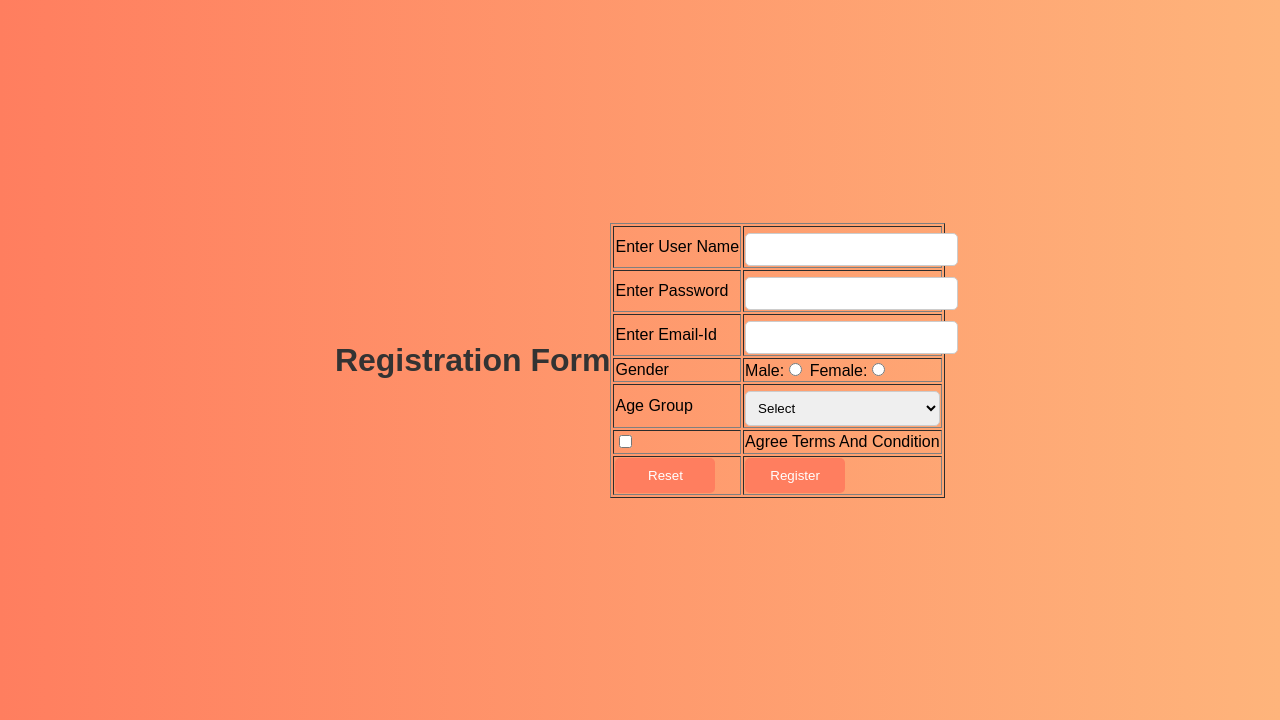
Repository: Prasad-R-Patil/WebBaseJava
Page: MyApp/src/main/webapp/index.html
An editor plug-in stored every save of this project. The page is shown before and after the next save, followed by the edit.
The browser window is 1280 px wide. The pictures show the whole page.

Above is the page before, as saved 2025-05-14 10:24:49.

### MyApp/src/main/webapp/index.html
<!DOCTYPE html>
<html>
<head>
<meta charset="ISO-8859-1">
<link rel="stylesheet" href="/MyApp/src/main/webapp/Resource/style.css">
<script src="./Resource/App.js" type="text/javascript"></script>
<title>Insert title here</title>
</head>
<body>


<h1>Registration Form</h1>



<form action="welcome.html" method="get" onsubmit="return Validation();" name="regForm">

<table border="1">

<tr>
<td>Enter User Name</td>

<td><input type="text" name="textUsername"></td>
</tr>

<tr>
<td>Enter Password</td>

<td><input type="password" name="textPassword"></td>
</tr>

<tr>
<td>Enter Email-Id</td>

<td><input type="text" name="textEmail"></td>
</tr>

<tr>
<td>Gender</td>

<td>
Male:<input type="radio" name="gender" value="male">
Female:<input type="radio" name="gender" value="female">
</td>
</tr>

<tr>
<td>Age Group</td>

<td>
<select name="age">
<option value="select" selected="selected" >Select</option>
<option value="1-20" >1-20</option>
<option value="21-25" >21-25</option>
<option value="26-30" >26-30</option>
<option value="31-35" >31-35</option>
<option value="36-40" >36-40</option>
<option value="41-45" >41-45</option>
<option value="46-50" >46-50</option>
</select>
</td>
</tr>

<tr>
<td> <input type="checkbox" name="term"> </td>

<td>Agree Terms And Condition</td>
</tr>

<tr>
<td> <input type="reset" value="Reset" > </td>

<td> <input type="submit" value="Register" ></td>
</tr>

</table>


</form>

</body>
</html>

### MyApp/src/main/webapp/Resource/style.css
@charset "ISO-8859-1";

body {
    font-family: Arial, sans-serif;
    background: linear-gradient(to right, #ff7e5f, #feb47b);
    display: flex;
    justify-content: center;
    align-items: center;
    height: 100vh;
    margin: 0;
}

.container {
    background: white;
    padding: 20px;
    border-radius: 10px;
    box-shadow: 0px 4px 10px rgba(0, 0, 0, 0.2);
    width: 300px;
    text-align: center;
}

h1 {
    color: #333;
}

label {
    display: block;
    margin-top: 10px;
    font-weight: bold;
    color: #555;
}

input[type="text"], input[type="password"], select {
    width: 100%;
    padding: 8px;
    margin-top: 5px;
    border: 1px solid #ccc;
    border-radius: 5px;
}

.gender-group {
    display: flex;
    justify-content: center;
    gap: 10px;
    margin-top: 5px;
}

.terms {
    margin-top: 10px;
}

.buttons {
    margin-top: 15px;
}

input[type="reset"], input[type="submit"] {
    background: #ff7e5f;
    color: white;
    border: none;
    padding: 10px;
    width: 100px;
    border-radius: 5px;
    cursor: pointer;
}

input[type="reset"]:hover, input[type="submit"]:hover {
    background: #feb47b;
}

### MyApp/src/main/webapp/Resource/App.js

function Validation()
{

	if(document.regForm.textUsername.value=="")
	{
		alert("Please Enter UserName");
		return false;
	}

	var password = document.regForm.textPassword.value;
    var regex = /^(?=.*[A-Za-z])(?=.*\d)[A-Za-z\d]{8,}$/;

	if (!regex.test(password))
	{
	    alert("Password must be at least 8 characters long and contain at least one letter and one number.");
	    return false;
	}

	var email = document.regForm.textEmail.value;
	var emailRegex = /^[a-zA-Z0-9._%+-]+@[a-zA-Z0-9.-]+\.[a-zA-Z]{2,}$/;

	if (!emailRegex.test(email))
	{
	    alert("Please enter a valid email address.");
	    return false;
	}

	if((document.regForm.gender[0].checked==false) && (document.regForm.gender[1].checked==false))
	{
		alert("Please Select The Gender");
		return false;
	}

	if(document.regForm.age.selectedIndex==0)
	{
		alert("Please Select Age Group");
		return false;
	}

	if(document.regForm.term.checked==false)
	{
		alert("Accept Terms and Condition...");
		return false;
	}

}

After the next save:
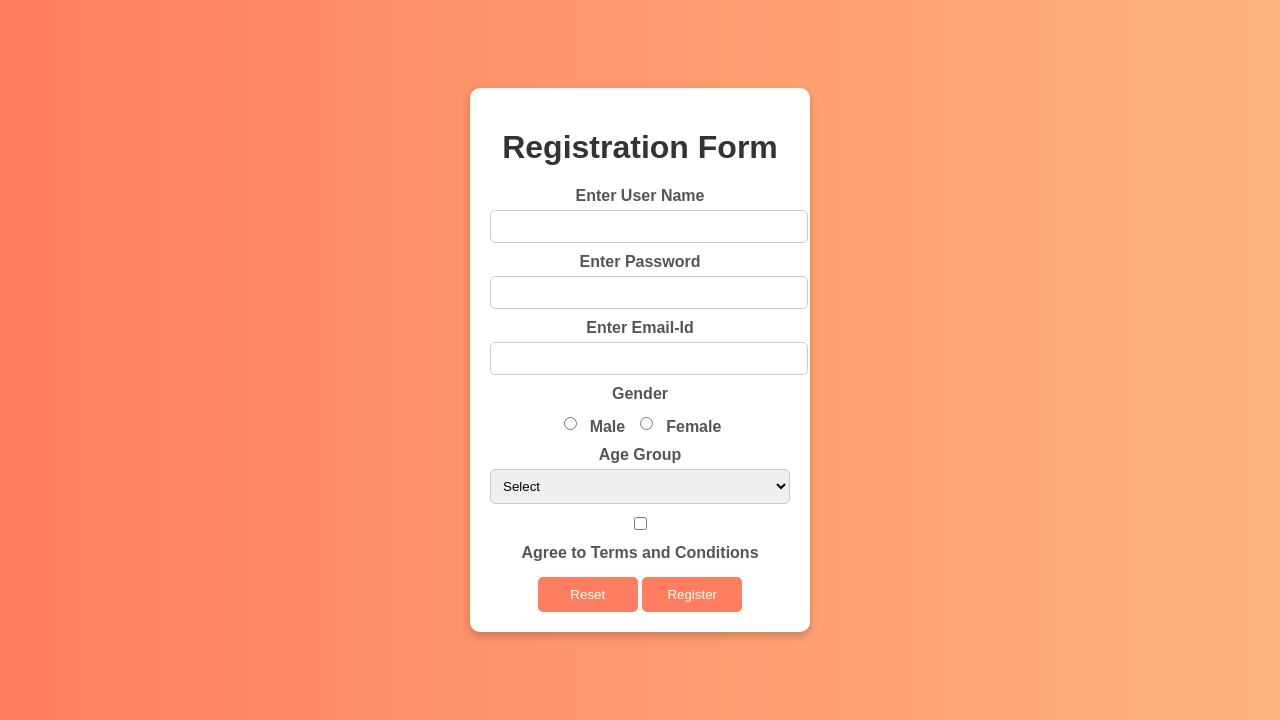
Saved 21 s later.
--- a/MyApp/src/main/webapp/index.html
+++ b/MyApp/src/main/webapp/index.html
@@ -1,82 +1,59 @@
 <!DOCTYPE html>
-<html>
+<html lang="en">
 <head>
-<meta charset="ISO-8859-1">
-<link rel="stylesheet" href="/MyApp/src/main/webapp/Resource/style.css">
-<script src="./Resource/App.js" type="text/javascript"></script>
-<title>Insert title here</title>
+    <meta charset="UTF-8">
+    <meta name="viewport" content="width=device-width, initial-scale=1.0">
+    <link rel="stylesheet" href="./Resource/style.css">
+    <script src="./Resource/App.js" type="text/javascript"></script>
+    <title>Registration Form</title>
 </head>
 <body>
 
+    <div class="container">
+        <h1>Registration Form</h1>
+        <form action="welcome.html" method="get" onsubmit="return Validation();" name="regForm">
 
-<h1>Registration Form</h1>
+            <label for="textUsername">Enter User Name</label>
+            <input type="text" name="textUsername" id="textUsername">
 
+            <label for="textPassword">Enter Password</label>
+            <input type="password" name="textPassword" id="textPassword">
 
+            <label for="textEmail">Enter Email-Id</label>
+            <input type="text" name="textEmail" id="textEmail">
 
-<form action="welcome.html" method="get" onsubmit="return Validation();" name="regForm">
+            <label>Gender</label>
+            <div class="gender-group">
+                <input type="radio" name="gender" value="male" id="male">
+                <label for="male">Male</label>
+                <input type="radio" name="gender" value="female" id="female">
+                <label for="female">Female</label>
+            </div>
 
-<table border="1">
+            <label for="age">Age Group</label>
+            <select name="age" id="age">
+                <option value="select" selected>Select</option>
+                <option value="1-20">1-20</option>
+                <option value="21-25">21-25</option>
+                <option value="26-30">26-30</option>
+                <option value="31-35">31-35</option>
+                <option value="36-40">36-40</option>
+                <option value="41-45">41-45</option>
+                <option value="46-50">46-50</option>
+            </select>
 
-<tr>
-<td>Enter User Name</td>
+            <div class="terms">
+                <input type="checkbox" name="term" id="term">
+                <label for="term">Agree to Terms and Conditions</label>
+            </div>
 
-<td><input type="text" name="textUsername"></td>
-</tr>
+            <div class="buttons">
+                <input type="reset" value="Reset">
+                <input type="submit" value="Register">
+            </div>
 
-<tr>
-<td>Enter Password</td>
-
-<td><input type="password" name="textPassword"></td>
-</tr>
-
-<tr>
-<td>Enter Email-Id</td>
-
-<td><input type="text" name="textEmail"></td>
-</tr>
-
-<tr>
-<td>Gender</td>
-
-<td>
-Male:<input type="radio" name="gender" value="male">
-Female:<input type="radio" name="gender" value="female">
-</td>
-</tr>
-
-<tr>
-<td>Age Group</td>
-
-<td>
-<select name="age">
-<option value="select" selected="selected" >Select</option>
-<option value="1-20" >1-20</option>
-<option value="21-25" >21-25</option>
-<option value="26-30" >26-30</option>
-<option value="31-35" >31-35</option>
-<option value="36-40" >36-40</option>
-<option value="41-45" >41-45</option>
-<option value="46-50" >46-50</option>
-</select>
-</td>
-</tr>
-
-<tr>
-<td> <input type="checkbox" name="term"> </td>
-
-<td>Agree Terms And Condition</td>
-</tr>
-
-<tr>
-<td> <input type="reset" value="Reset" > </td>
-
-<td> <input type="submit" value="Register" ></td>
-</tr>
-
-</table>
-
-
-</form>
+        </form>
+    </div>
 
 </body>
 </html>
